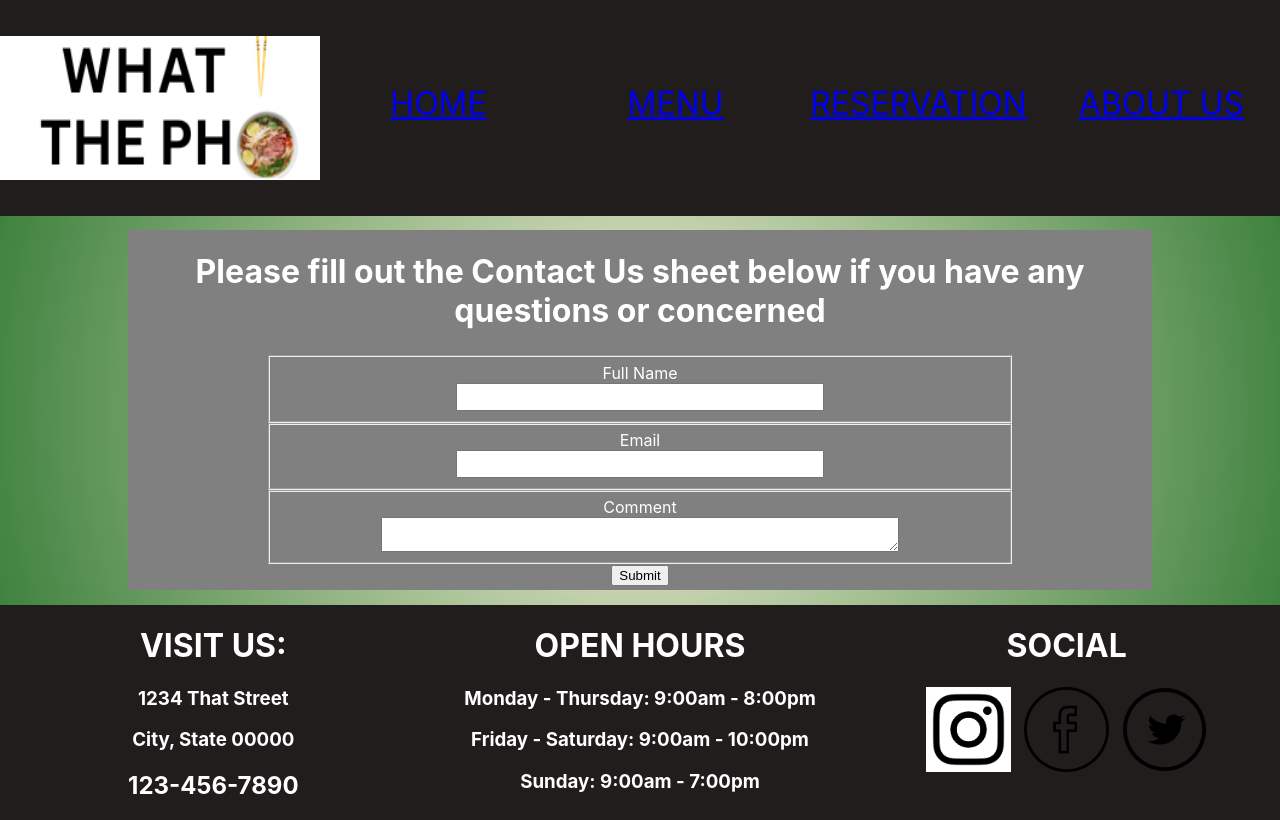
Repository: NguyenkhDang/Restaurant-Website
Page: /contactUs
These files come from the project's save history. The page is drawn as it stood at one moment and after the next save; the edit follows.
The browser window is 1280 px wide. The pictures show the whole page.
The project was rebuilt for these pictures with package versions that can differ from the ones it lists, and the page was loaded fresh each time. Also part of the build but not shown: src/CSS/Readmore.css, src/Readmore.js, src/CSS/SectionContainer.css, src/SectionContainer.js, src/CSS/Home.css, src/Pages/HomePage.js, src/Pages/MenuPage.js, src/CSS/ReservationForm.css and 4 more.

Above is the page before, as saved 2026-01-18 21:40:19.

### src/index.js
import React from 'react';
import ReactDOM from 'react-dom/client';
import './index.css';
import App from './App';
import reportWebVitals from './reportWebVitals';
import { BrowserRouter } from "react-router-dom";


const root = ReactDOM.createRoot(document.getElementById("root"));
root.render(
  <BrowserRouter>
    <App />
  </BrowserRouter>
);

// If you want to start measuring performance in your app, pass a function
// to log results (for example: reportWebVitals(console.log))
// or send to an analytics endpoint. Learn more: https://bit.ly/CRA-vitals
reportWebVitals();

### src/App.js

import './App.css';

import NavigationBar from './NavigationBar';
import Footer from "./Footer"
import {Routes, Route} from "react-router-dom"



import HomePage from "./Pages/HomePage"
import MenuPage from "./Pages/MenuPage"
import ReservationPage from "./Pages/ReservationPage"
import AboutUsPage from "./Pages/AboutUsPage"
import ContactUsPage from "./Pages/ContactUsPage"

function App() {


  return (
    <div className="home">
      <NavigationBar />

      <Routes>
        <Route path="/" element={<HomePage />} />
        <Route path="/menu" element={<MenuPage />} />
        <Route path="/reservation" element={<ReservationPage />} />
        <Route path="/aboutUs" element={<AboutUsPage />} />
        <Route path="contactUs" element={<ContactUsPage />} />
      </Routes>

      <Footer />
  </div>
);
}

export default App;

### src/App.css
html{
  -ms-overflow-style: none;
  scrollbar-width: none;
}

.home {
  display: grid;
  margin: 0;
  padding: 0;

  background: radial-gradient(
    circle,
    rgba(245, 240, 213, 1) 0%,
    rgba(38, 115, 42, 1) 100%
  );
  place-items: center;
  text-align: center;
  color: white;
}


html::-webkit-scrollbar {
  display: none;
}

### src/NavigationBar.js
import "./CSS/NavigationBar.css"
import Logo from "./image/CustomLogo2.png"
import { Link } from "react-router-dom"
const NavigationBar = () =>{



  return (
    <div className="navbar">
      <div className="logoImage">
        <img src= {Logo} />
      </div>
      <div className="wholeNavBar">
        <ul>
          <li>
            <Link to="/">HOME</Link>
          </li>
          <li>
            <Link to="/menu">MENU</Link>
          </li>
          <li>
            <Link to="/reservation">RESERVATION</Link>
          </li>
          <li>
            <Link to="/aboutUs">ABOUT US</Link>
          </li>
        </ul>

      </div>
    </div>
  )


}

export default NavigationBar

### src/Footer.js
import "./CSS/Footer.css"
import InstagramIcon from "./image/instagramIcon.png"
import FacebookIcon from "./image/facebookIcon.png"
import TwitterIcon from "./image/twitterIcon.png"
const Footer = () =>{

  return(
    <div className="footer">
      <div>
        <h1>VISIT US:</h1>
        <h3>1234 That Street</h3>
        <h3>City, State 00000</h3>

        <h2>123-456-7890</h2>
      </div>
      <div>
        <h1>OPEN HOURS</h1>
        <h3>Monday - Thursday: 9:00am - 8:00pm</h3>
        <h3>Friday - Saturday: 9:00am - 10:00pm</h3>
        <h3>Sunday: 9:00am - 7:00pm</h3>
      </div>
      <div>
        <h1>SOCIAL</h1>
        <a href="https://www.instagram.com/" target="_blank"><img src={InstagramIcon}/></a>
        <a href="https://www.facebook.com/" target="_blank"><img src={FacebookIcon}/></a>
        <a href="https://x.com/" target="_blank"><img src={TwitterIcon}/></a>
      </div>

    </div>
  )

}

export default Footer

### src/Pages/ContactUsPage.js
import InstagramIcon from "../image/instagramIcon.png"
import FacebookIcon from "../image/facebookIcon.png"
import TwitterIcon from "../image/twitterIcon.png"
import { useRef } from "react"
import "../CSS/ContactUs.css"

const ContactUsPage = () =>{


  const handleSubmit = (e)=>{
    e.preventDefault();
    const url = "https://script.google.com/macros/s/AKfycbzvciRoj96Av9uZ2heb3UUoHOvfd4JqiGr3qXvWCL6rtenJZzz95SFNhb_-OBEtYvj5vw/exec"

    fetch(url,{
      method:"POST",
      body: new FormData(formRef.current)
    } ).then(() => {
      alert("Reservation Submitted ");
    }).catch((error) => console.log(error))
  };

  const formRef= useRef(null)
  return (
    <div className="contactUsPage">
      <h1>
        Please fill out the Contact Us sheet below if you have any questions or concerned
      </h1>
      <form ref={formRef} onSubmit={handleSubmit}>
        <fieldset>
          <label for="name">Full Name</label>
          <input
            type="text"
            name="Name"
            id="name"
            required
          />
        </fieldset>
        <fieldset>
          <label for="phone">Email</label>
          <input
            type="email"
            name="Email"
            id="email"

            />
        </fieldset>
        <fieldset>
          <label for="comment">Comment</label>
          <textarea
            name="Comment"
            style={{
              width: "auto",
              height: "4vh",
              width: "40vw"
            }}
          />
        </fieldset>
        <button>Submit</button>
      </form>
    </div>
  )
}

export default ContactUsPage

### src/CSS/NavigationBar.css
.navbar{
  background-color: rgb(34, 29, 29);
  display: grid;
  grid-template-columns: 25% 75%;
  width: 100vw;
  height: 25vh;
  padding-top: 5vh;
}
.wholeMavBar{
  float: right;
  height: 10vh;
}

.logoImage img{
  height: 20vh;
  width: 25vw;
  object-fit: fill;
  object-position: center;
}

ul{
  align-items: center;
  list-style-type: none;
  display: grid;
  place-items: center;
  grid-template-columns: 1fr 1fr 1fr 1fr;
  margin-top: 5%;
  padding: 0;
}
li a{
  font-size: 2em;
  text-align: center;
  padding: 14px 16px;
}

li a:hover{
  background-color: #c5b1b1;
}

### src/CSS/Footer.css
.footer{
  background-color: rgb(34, 29, 29);
  display: grid;
  grid-template-columns: repeat(3, 1fr);
  width: 100vw;
}

.footer img{
  width: 20%;
}

.footer a{
  margin: 0 0.5vw;
}

### src/CSS/ContactUs.css
.contactUsPage{
  background-color: gray;
  display: grid;
  grid-template-rows: repeat(2, auto);
  width: 80vw;
  height: 50vh;
  margin: 2vh 0;
}
.contactUsPage fieldset{
  display: grid;
  grid-template-rows: repeat(2, auto);
  place-items: center;
  width: 70%;
  margin: 0 auto;
}

.contactUsPage fieldset input{
  width: 50vh;
  height: 3vh;
}

Loaded but not shown: public/index.html (common file); src/index.css (common file); src/reportWebVitals.js (common file)

After the next save:
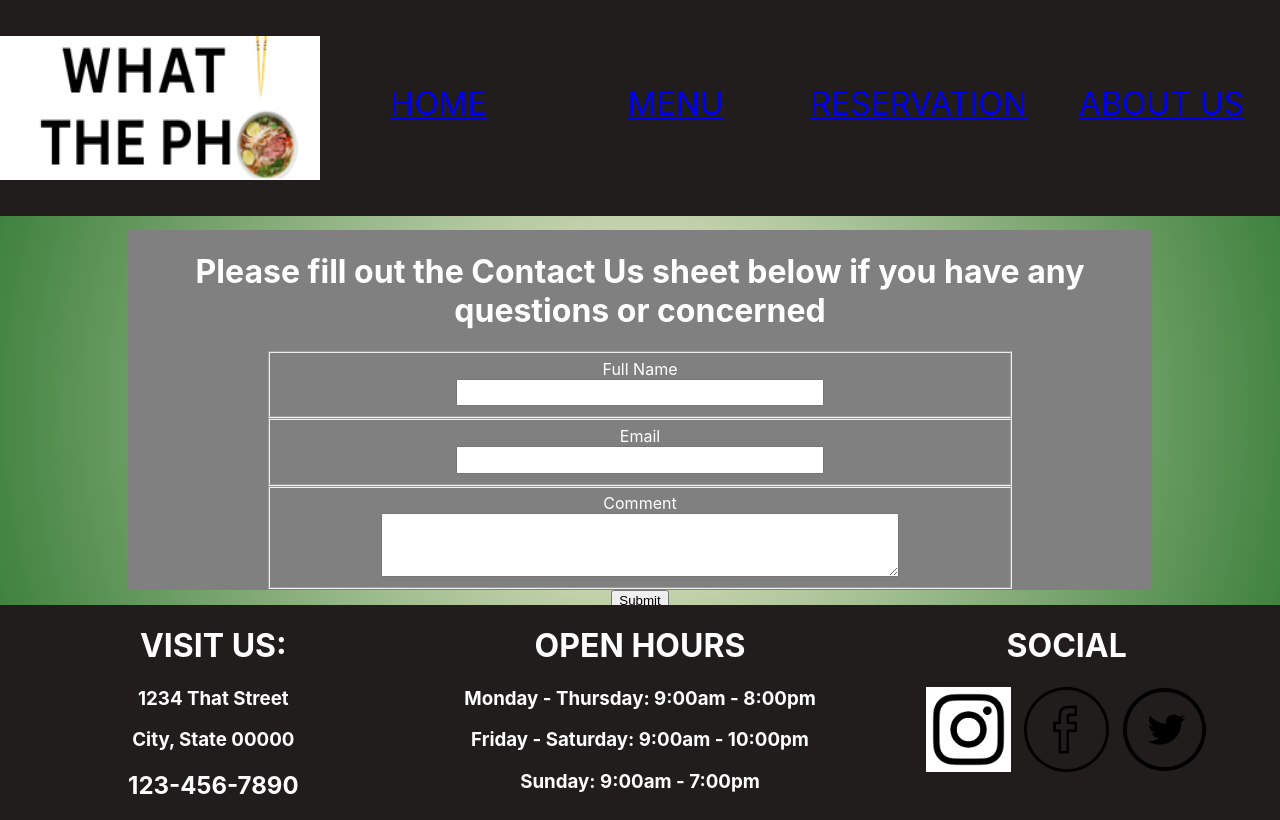
Saved 4 s later.
--- a/src/Pages/ContactUsPage.js
+++ b/src/Pages/ContactUsPage.js
@@ -50,7 +50,7 @@ const ContactUsPage = () =>{
             name="Comment"
             style={{
               width: "auto",
-              height: "4vh",
+              height: "8vh",
               width: "40vw"
             }}
           />
